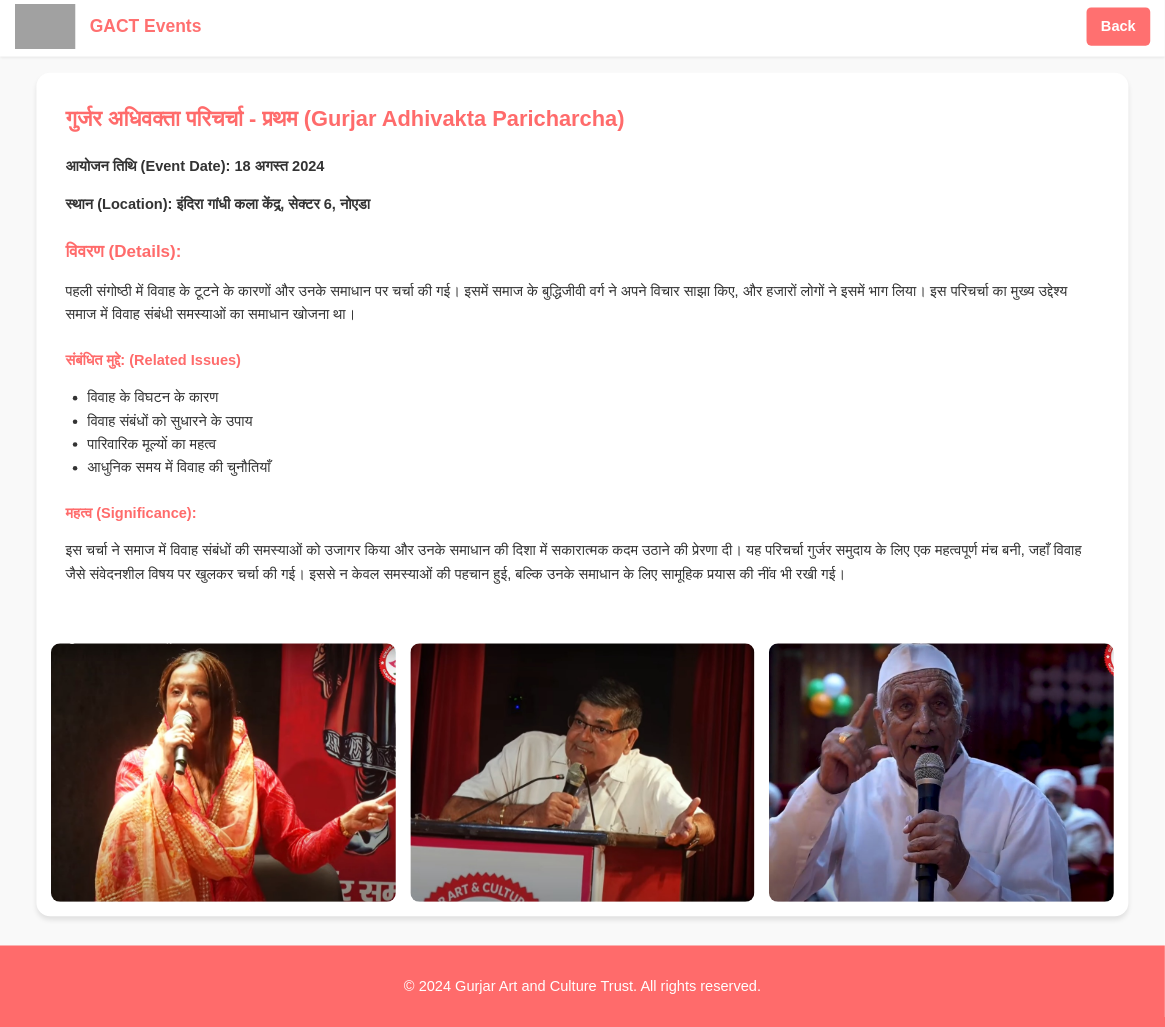
Repository: thegurjararyan/website-master
Page: eventspage/AP1.html
These files come from the project's save history. The page is drawn as it stood at one moment and after the next save; the edit follows.
The browser window is 1280 px wide. The pictures show the whole page, at 91% of full size.
Pictures or frames that could not be fetched are drawn as grey boxes.

Above is the page before, as saved 2024-11-06 13:08:14.

After the next save:
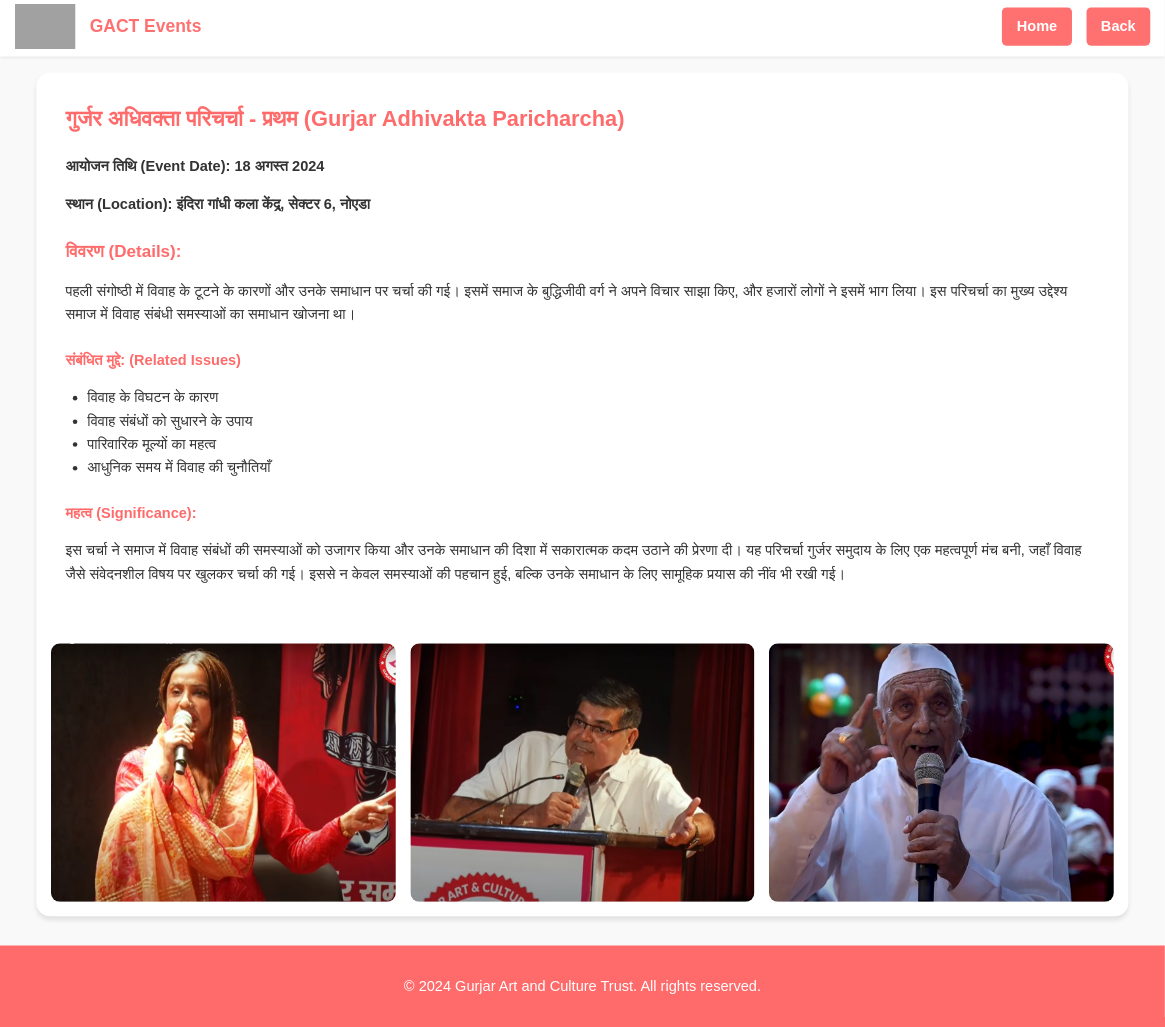
Saved 100 s later.
--- a/eventspage/AP1.html
+++ b/eventspage/AP1.html
@@ -208,6 +208,7 @@
             <span class="title">GACT Events</span>
         </div>
         <div class="nav-buttons">
+            <a href="../index.html" class="btn">Home</a>
             <a href="../adhivaktaparicharchaall.html" class="btn">Back</a>
         </div>
     </nav>
